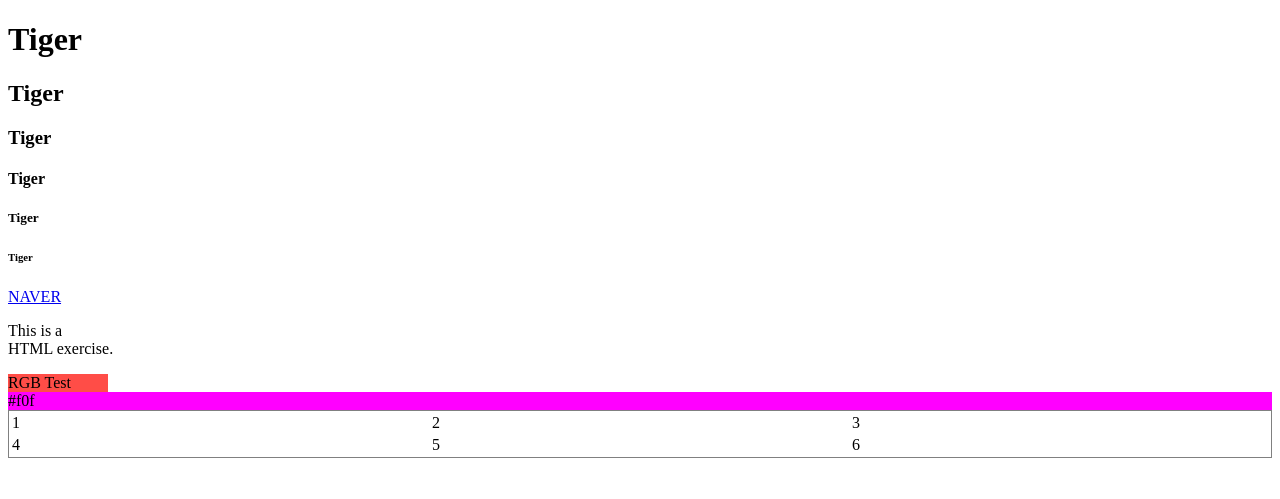
Repository: soobin10236/Class
Page: Web02/src/main/webapp/index.html
These files come from the project's save history. The page is drawn as it stood at one moment and after the next save; the edit follows.
The browser window is 1280 px wide. The pictures show the whole page.

Above is the page before, as saved 2021-09-06 05:11:25.

After the next save:
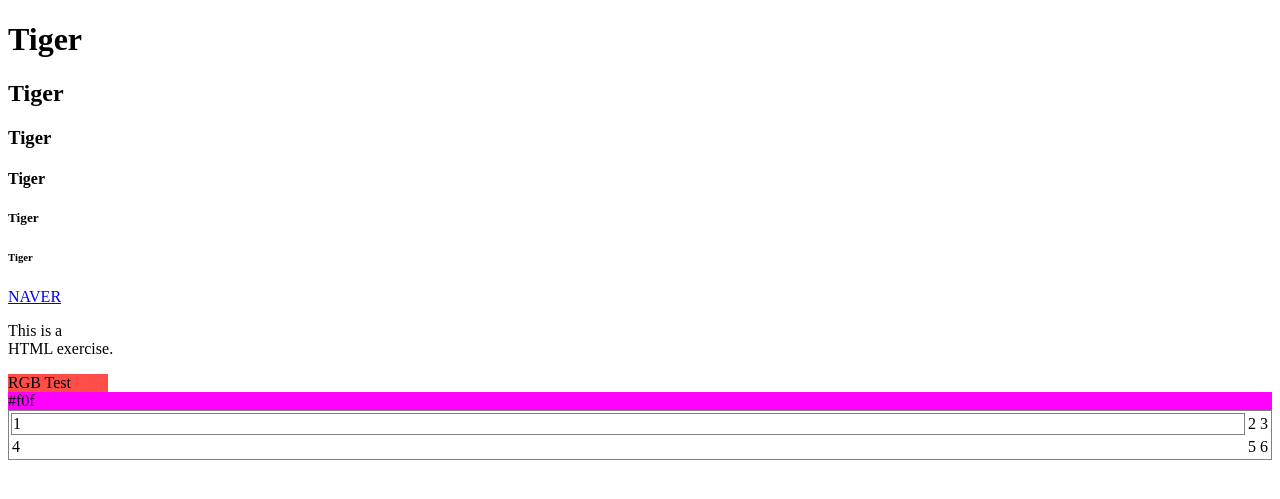
Saved 17 s later.
--- a/Web02/src/main/webapp/index.html
+++ b/Web02/src/main/webapp/index.html
@@ -20,12 +20,12 @@
 	<div style="background: #ff00ff">#f0f</div>
 
 	<table style="border: 1px solid gray;width: 100%">
-		<tr style="border: 1px solid gray;width: 100%">
-			<td>1</td>
+		<tr>
+			<td style="border: 1px solid gray;width: 100%">1</td>
 			<td>2</td>
 			<td>3</td>
 		</tr>
-		<tr style="border: 1px solid gray;width: 100%">
+		<tr>
 			<td>4</td>
 			<td>5</td>
 			<td>6</td>

After the save that followed:
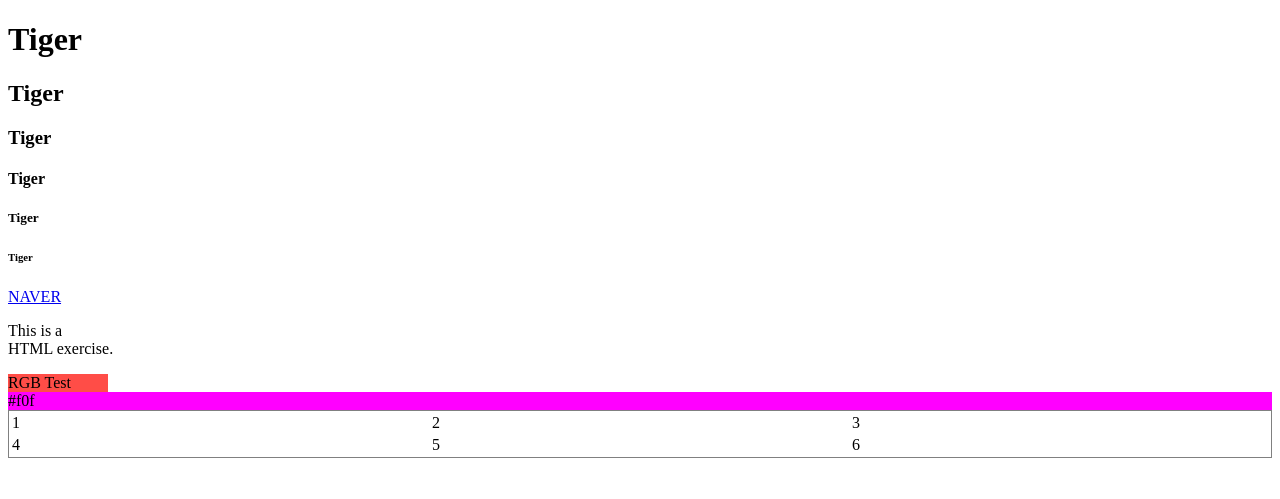
Saved 11 s later.
--- a/Web02/src/main/webapp/index.html
+++ b/Web02/src/main/webapp/index.html
@@ -21,7 +21,7 @@
 
 	<table style="border: 1px solid gray;width: 100%">
 		<tr>
-			<td style="border: 1px solid gray;width: 100%">1</td>
+			<td>1</td>
 			<td>2</td>
 			<td>3</td>
 		</tr>
